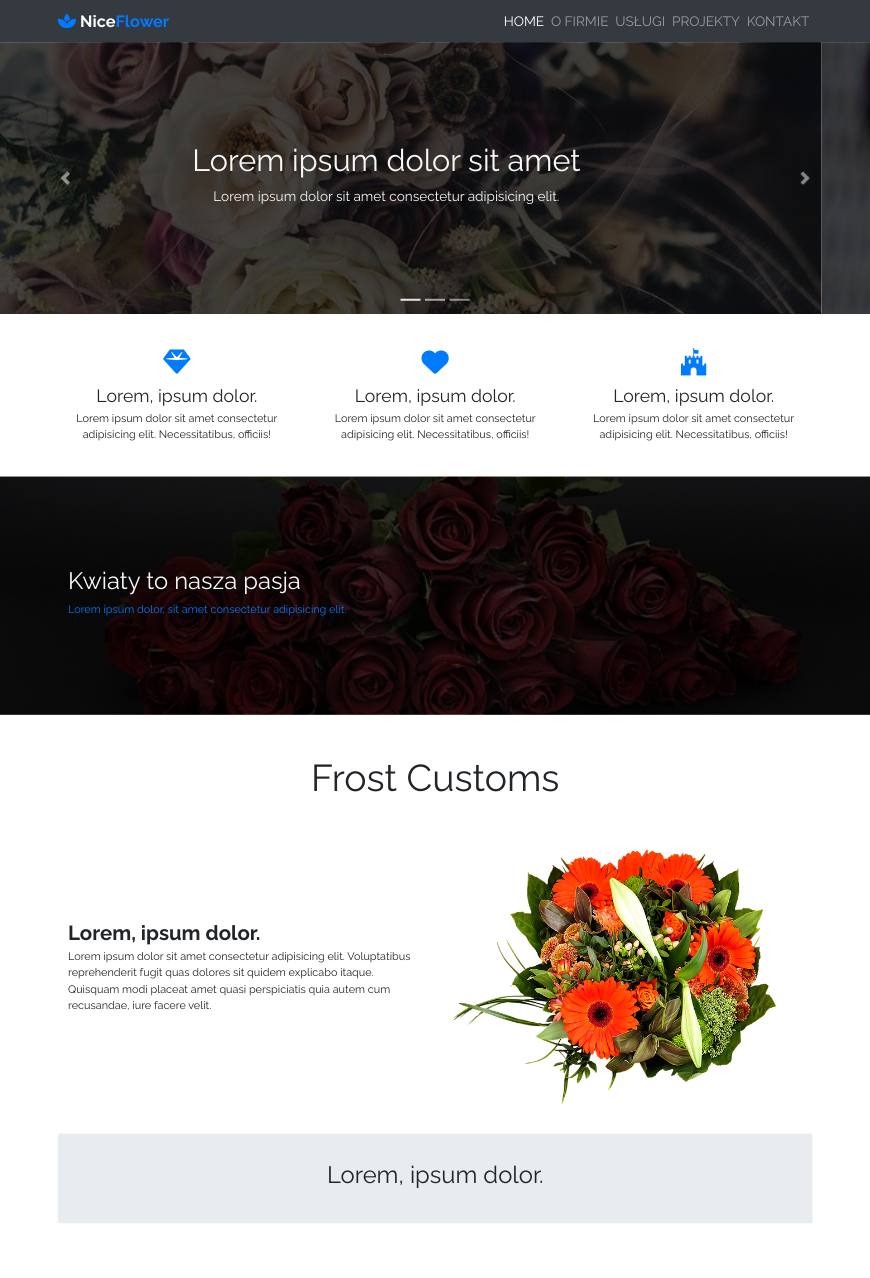
Repository: KrzysKolo/Projekt-13_Kwiaciarnia
Page: index.html
An editor plug-in stored every save of this project. The page is shown before and after the next save, followed by the edit.
The browser window is 1280 px wide. The pictures show the whole page, at 68% of full size.
Some web libraries are served in a nearby version.

Above is the page before, as saved 2020-08-10 01:37:57.

After the next save:
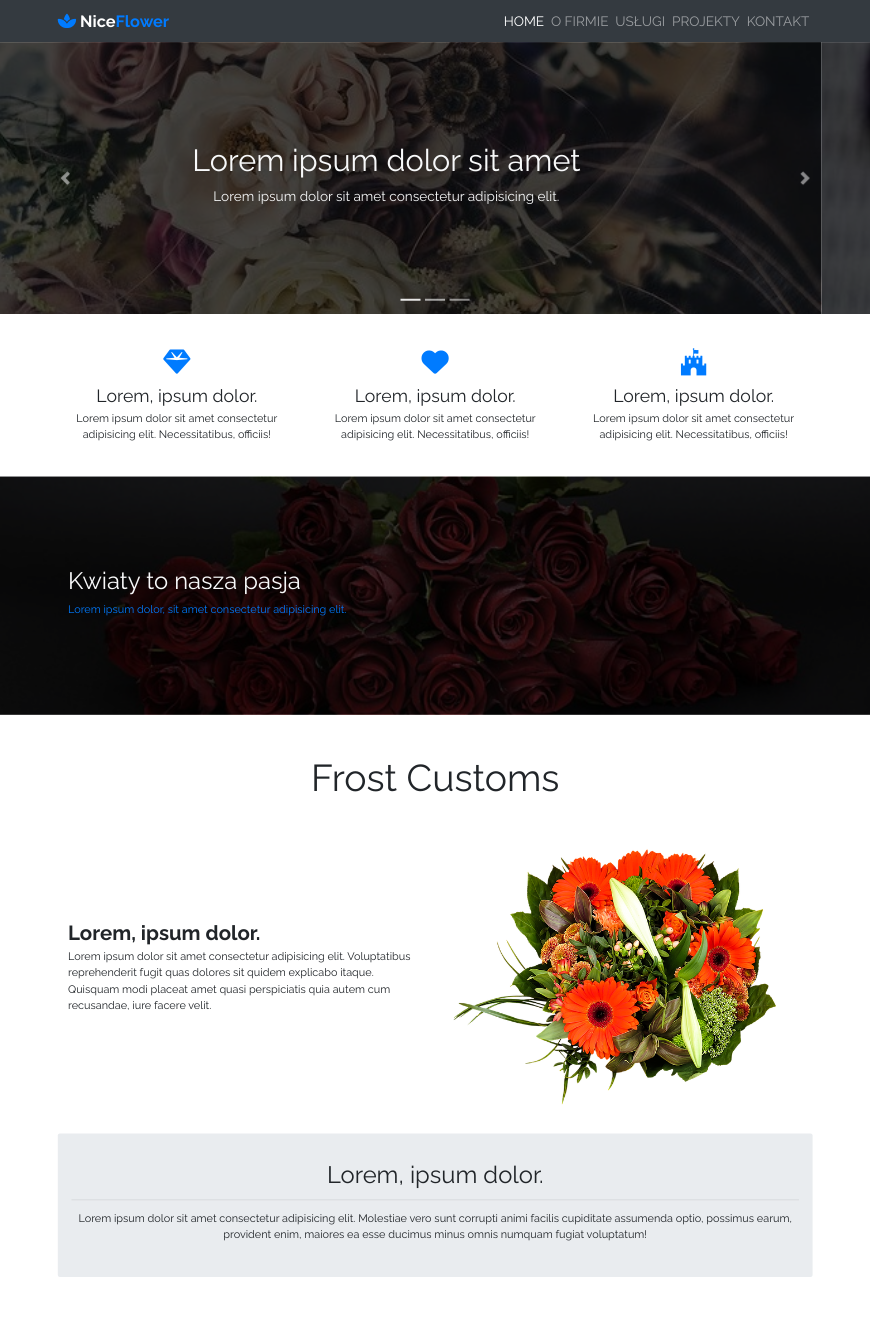
Saved 10 min 9 s later.
--- a/index.html
+++ b/index.html
@@ -194,6 +194,13 @@
         <div class="container pb-5">
           <div class="jumbotron text-center">
             <p class="display-4">Lorem, ipsum dolor.</p>
+            <hr class="my-4" />
+            <p>
+              Lorem ipsum dolor sit amet consectetur adipisicing elit. Molestiae
+              vero sunt corrupti animi facilis cupiditate assumenda optio,
+              possimus earum, provident enim, maiores ea esse ducimus minus
+              omnis numquam fugiat voluptatum!
+            </p>
           </div>
         </div>
       </section>
